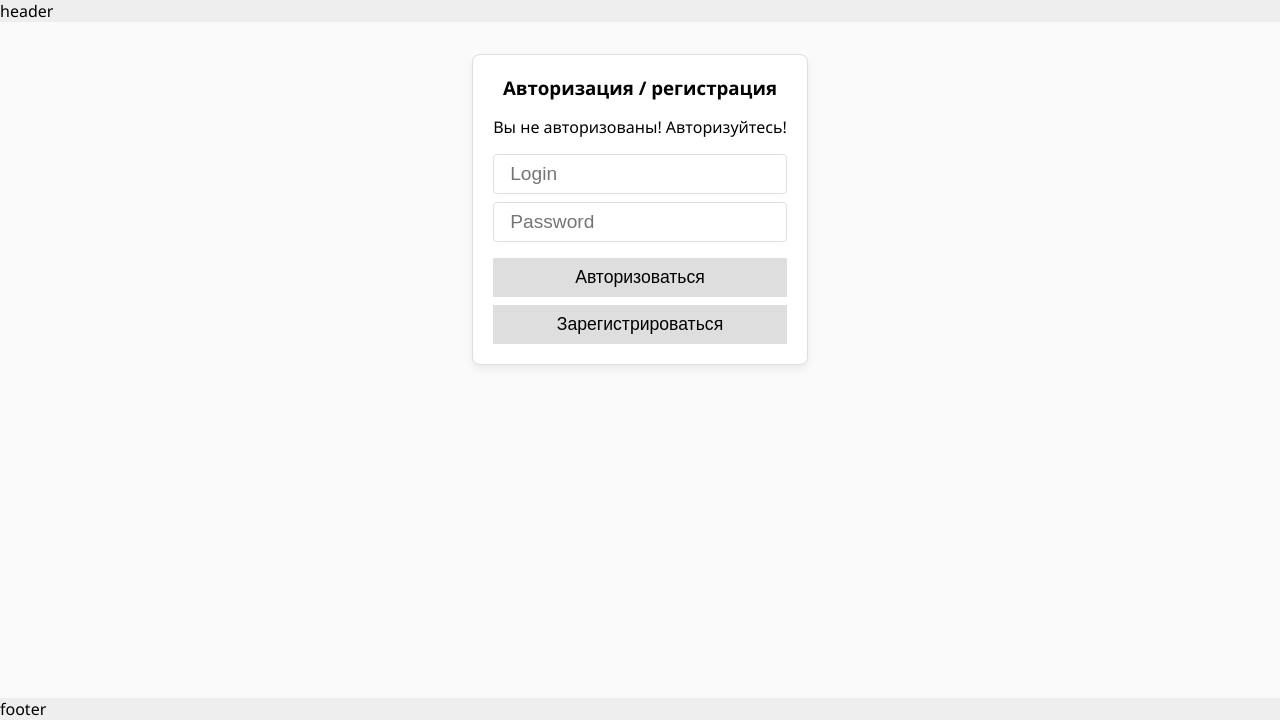
Repository: slep0y/fakeAuth
Page: index.html
These files come from the project's save history. The page is drawn as it stood at one moment and after the next save; the edit follows.
The browser window is 1280 px wide. The pictures show the whole page.
The style sheet was rebuilt from its Sass, Less or Tailwind sources for each picture, by a compiler version that may differ from the author's.

Above is the page before, as saved 2025-01-19 18:54:50.

After the next save:
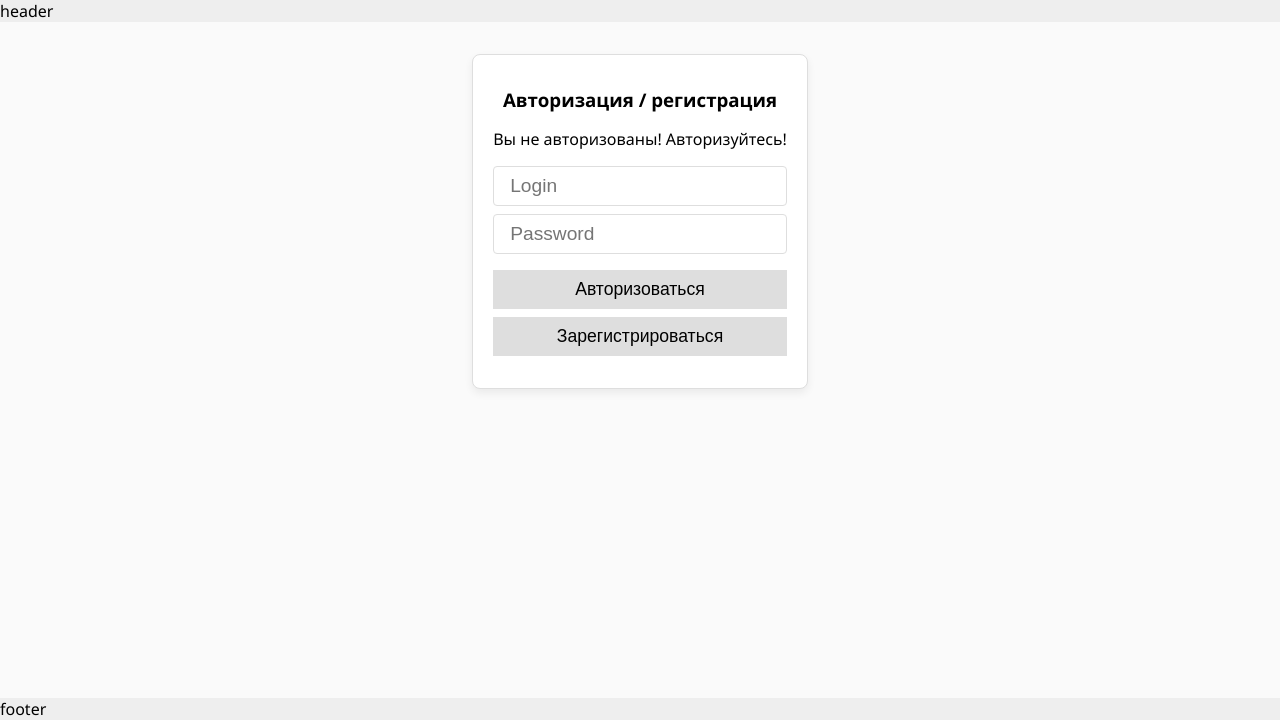
Saved 5 min 37 s later.
--- a/styles/blocks/form/_form.scss
+++ b/styles/blocks/form/_form.scss
@@ -4,7 +4,7 @@
     display: grid;
     gap: 16px;
     border: 1px solid var(--grey_lite);
-    padding: 20px;
+    padding: 32px 20px;
     border-radius: 8px;
     background-color: #fff;
     grid-auto-rows: min-content;
